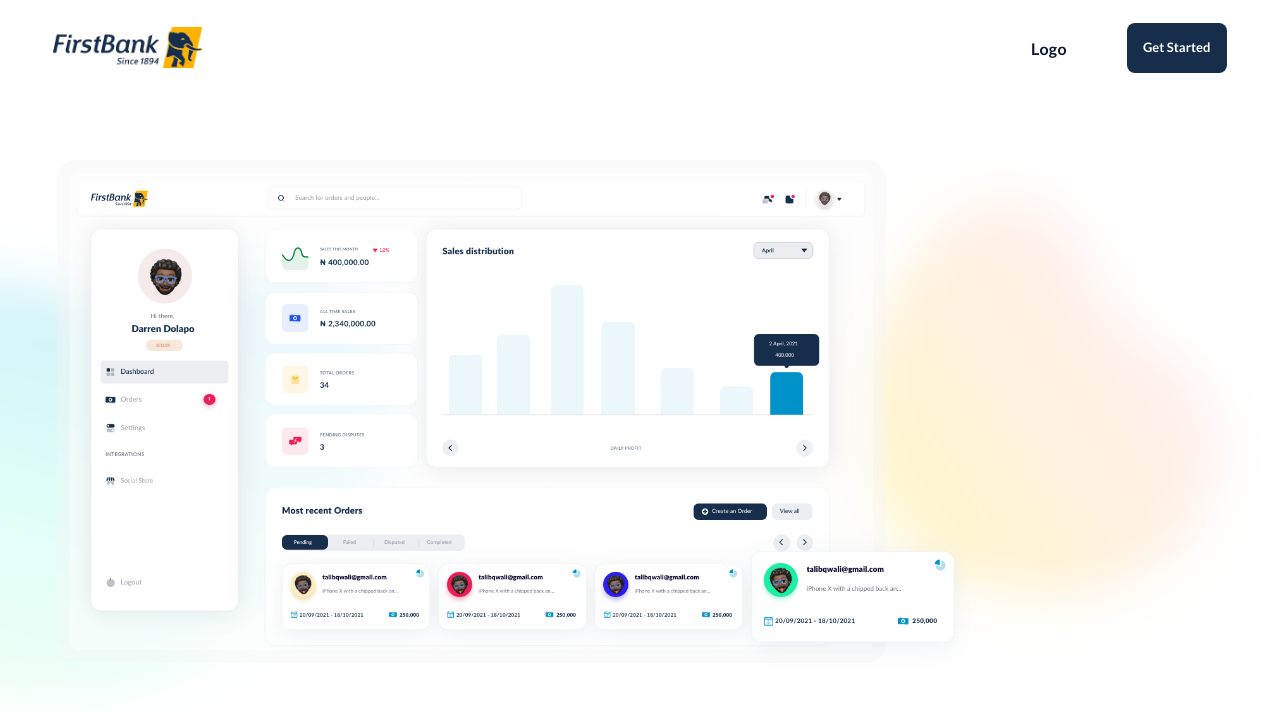
Repository: Pepperest-dev/First_Escrow_Home
Page: index.html
These files come from the project's save history. The page is drawn as it stood at one moment and after the next save; the edit follows.
The browser window is 1280 px wide. The pictures show the whole page.

Above is the page before, as saved 2021-09-25 17:09:57.

After the next save:
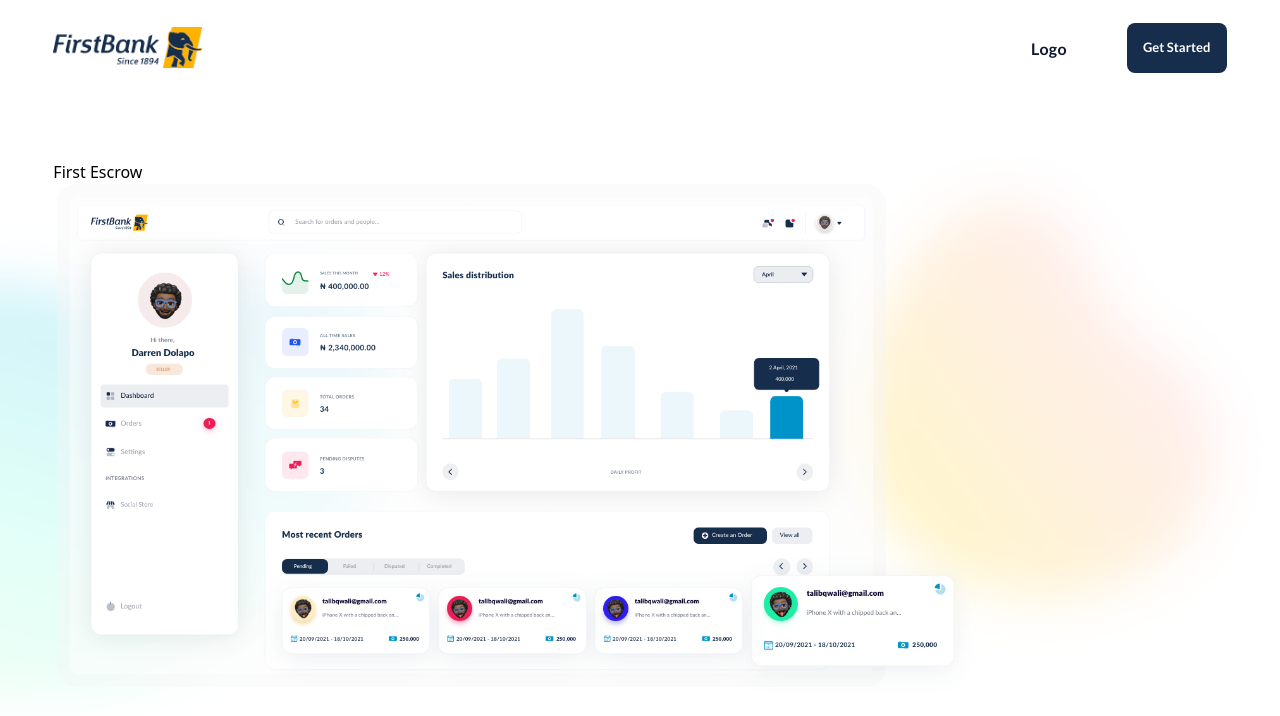
Saved 67 s later.
--- a/index.html
+++ b/index.html
@@ -69,6 +69,9 @@
         </nav>
 
         <main class="md:w-11/12 md:p-0 px-7 mx-auto">
+          <article>
+            <p>First Escrow</p>
+          </article>
           <img
             src="/assets/imgs/dashboardMockup.png"
             class="dashboardImg"
